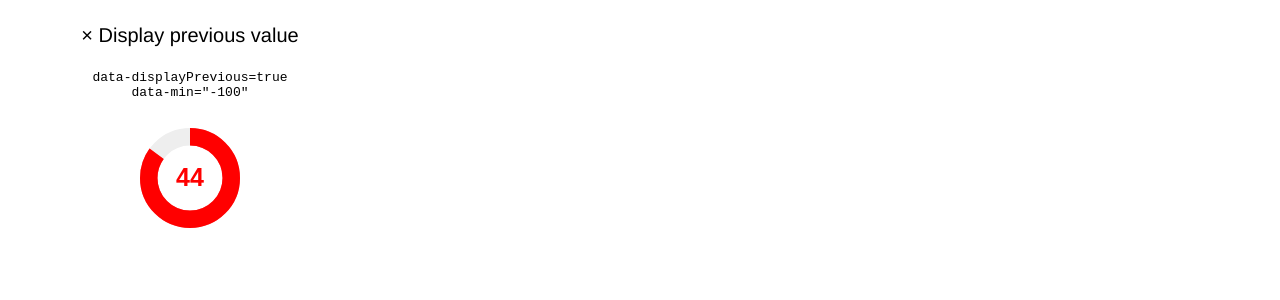
Repository: JoseMateoPosso/colgate
Page: wp-content/themes/colgatetheme/assets/js/jQuery-Knob-master/index.html
The author's editor kept a copy of each file at every save. The page is drawn from the files as they stood at one save, then again after the next save.
The browser window is 1280 px wide. The pictures show the whole page.
Some web libraries are served in a nearby version.

Above is the page before, as saved 2019-10-02 18:32:40.

### wp-content/themes/colgatetheme/assets/js/jQuery-Knob-master/index.html
<!DOCTYPE html>
<html>
    <head>
        <title>jQuery Knob demo</title>
        <script src="http://ajax.googleapis.com/ajax/libs/jquery/1.9.0/jquery.min.js"></script>
        <!--[if IE]><script type="text/javascript" src="excanvas.js"></script><![endif]-->
        <script src="dist/jquery.knob.min.js"></script>
        <script>
            $(function($) {

                $(".knob").knob({
                    'min':10,
                    'max':50,
                    'width':100,
                    'height':100,
                    'displayInput':true,
                    'fgColor':"#FF0000",
                    'release':function(v) {alert(v);}
                });
            });
        </script>
        <style>
            body{
              padding: 0;
              margin: 0px 50px;
              font-family: "Helvetica Neue", Helvetica, Arial, sans-serif;
              font-weight: 300;
              text-rendering: optimizelegibility;
            }
            p{font-size: 30px; line-height: 30px}
            div.demo{text-align: center; width: 280px; float: left}
            div.demo > p{font-size: 20px}
        </style>
    </head>
    <body>
        <div class="demo" >
            <p>&#215; Display previous value</p>
            <pre>
data-displayPrevious=true
data-min="-100"
            </pre>
            <input class="knob" data-width="200" data-min="-100" data-displayPrevious=true value="44">
        </div>

    </body>
</html>

Loaded but not shown: wp-content/themes/colgatetheme/assets/js/jQuery-Knob-master/dist/jquery.knob.min.js (library)

After the next save:
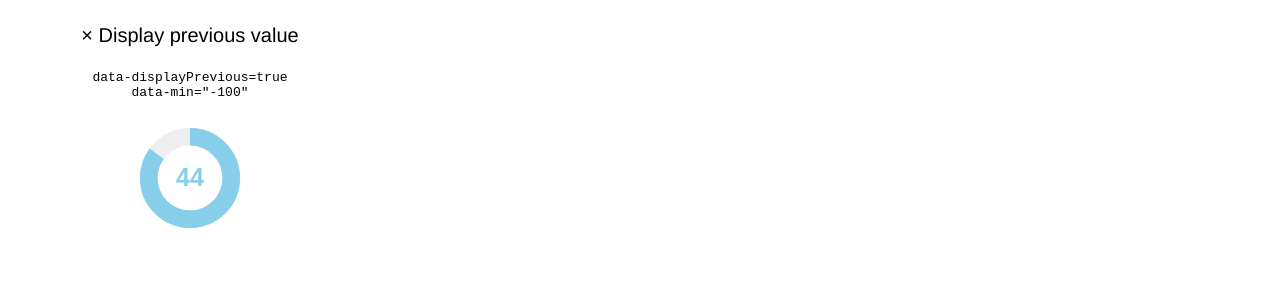
Saved 20 s later.
--- a/wp-content/themes/colgatetheme/assets/js/jQuery-Knob-master/index.html
+++ b/wp-content/themes/colgatetheme/assets/js/jQuery-Knob-master/index.html
@@ -14,7 +14,6 @@
                     'width':100,
                     'height':100,
                     'displayInput':true,
-                    'fgColor':"#FF0000",
                     'release':function(v) {alert(v);}
                 });
             });
